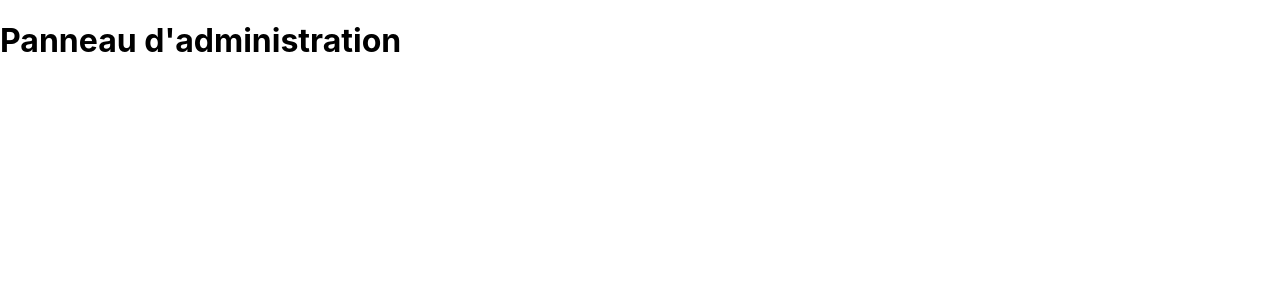
Repository: noeminihoul/testunitaire
Page: /
The author's editor kept a copy of each file at every save. The page is drawn from the files as they stood at one save, then again after a run of saves.
The browser window is 1280 px wide. The pictures show the whole page.
The project was rebuilt for these pictures with package versions that can differ from the ones it lists, and the page was loaded fresh each time. Also part of the build but not shown: src/App.css.

Above is the page before, as saved 2023-05-31 18:59:26.

### src/App.js
import logo from './logo.svg';
import './App.css';

function App() {
  return (
    <div>
      <h1>Panneau d'administration</h1>
    </div>
  );
}

export default App;

Loaded but not shown: public/index.html (common file); src/index.js (common file); src/index.css (common file); src/reportWebVitals.js (common file)

After the next 2 saves:
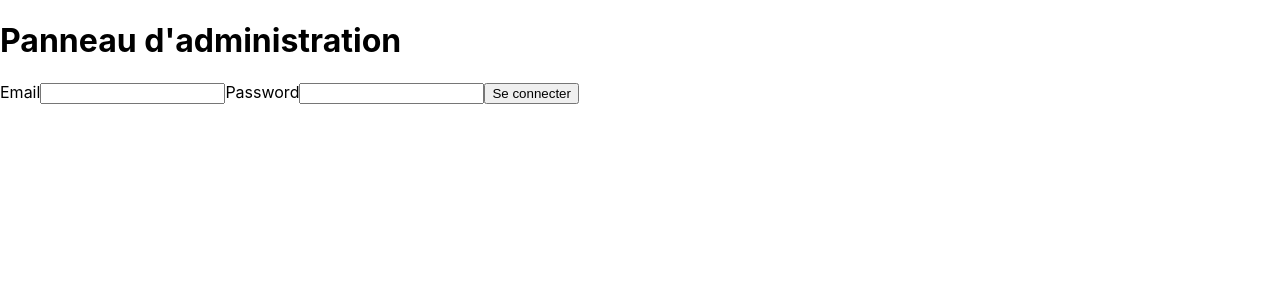
The 2 saves are shown as one change because they came seconds apart.
The last was saved 37 s later.
--- a/src/App.js
+++ b/src/App.js
@@ -5,6 +5,13 @@ function App() {
   return (
     <div>
       <h1>Panneau d'administration</h1>
+      <form>
+        <label htmlFor="email">Email</label>
+        <input type="email" id="email" name="email" />
+        <label htmlFor="password">Password</label>
+        <input type="password" id="password" name="password" />
+        <button type="submit">Se connecter</button>
+      </form>
     </div>
   );
 }
